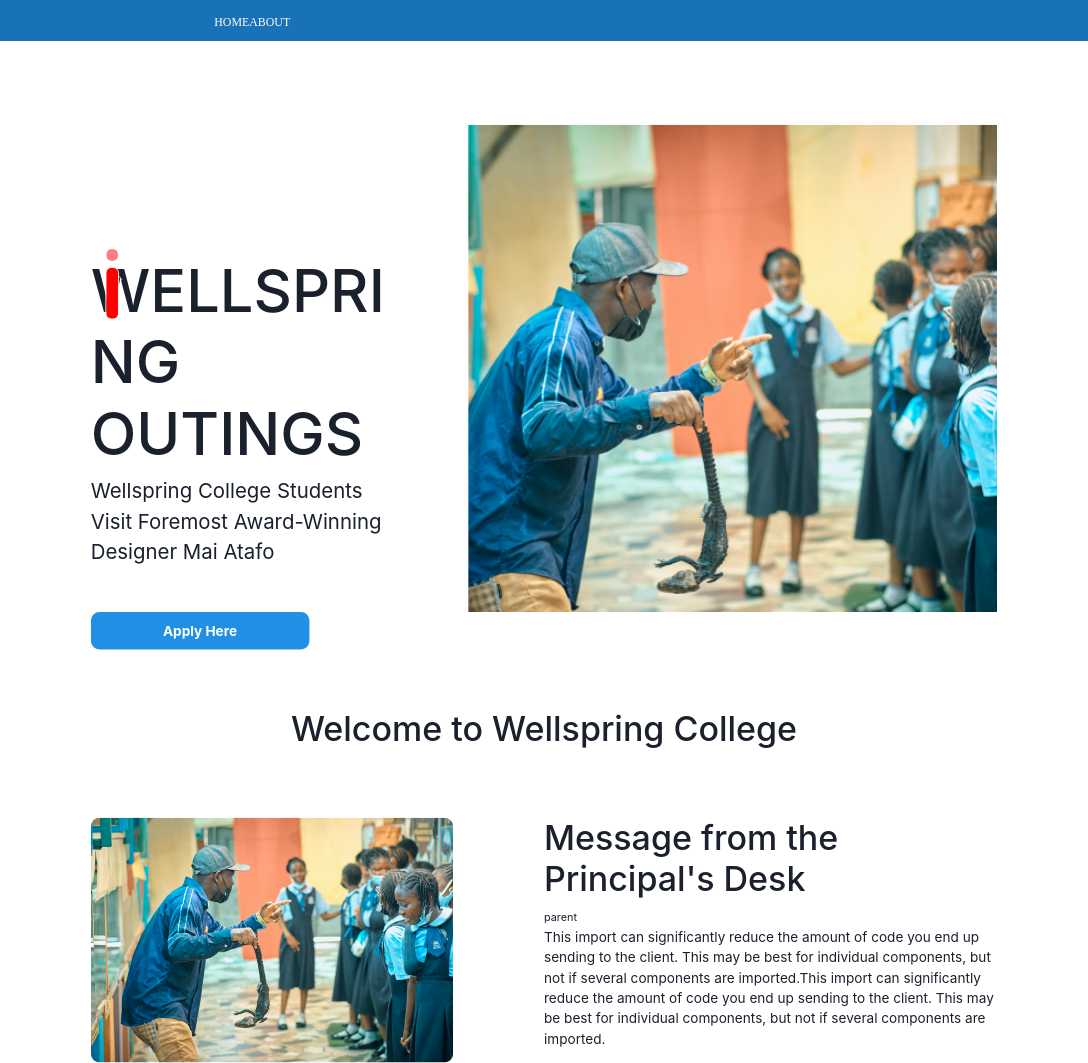
Repository: gr8skills/wellspring-school-forked
Page: /
An editor plug-in stored every save of this project. The page is shown before and after the next save, followed by the edit.
The browser window is 1280 px wide. The pictures show the whole page, at 85% of full size.
The project was rebuilt for these pictures with package versions that can differ from the ones it lists, and the page was loaded fresh each time. Also part of the build but not shown: src/components/Navbar/Dropdown.scss, src/components/Navbar/Dropdown.js, src/components/Calendar/Calendar.js, src/components/News/News.js.

Above is the page before, as saved 2022-12-02 00:24:21.

After the next save:
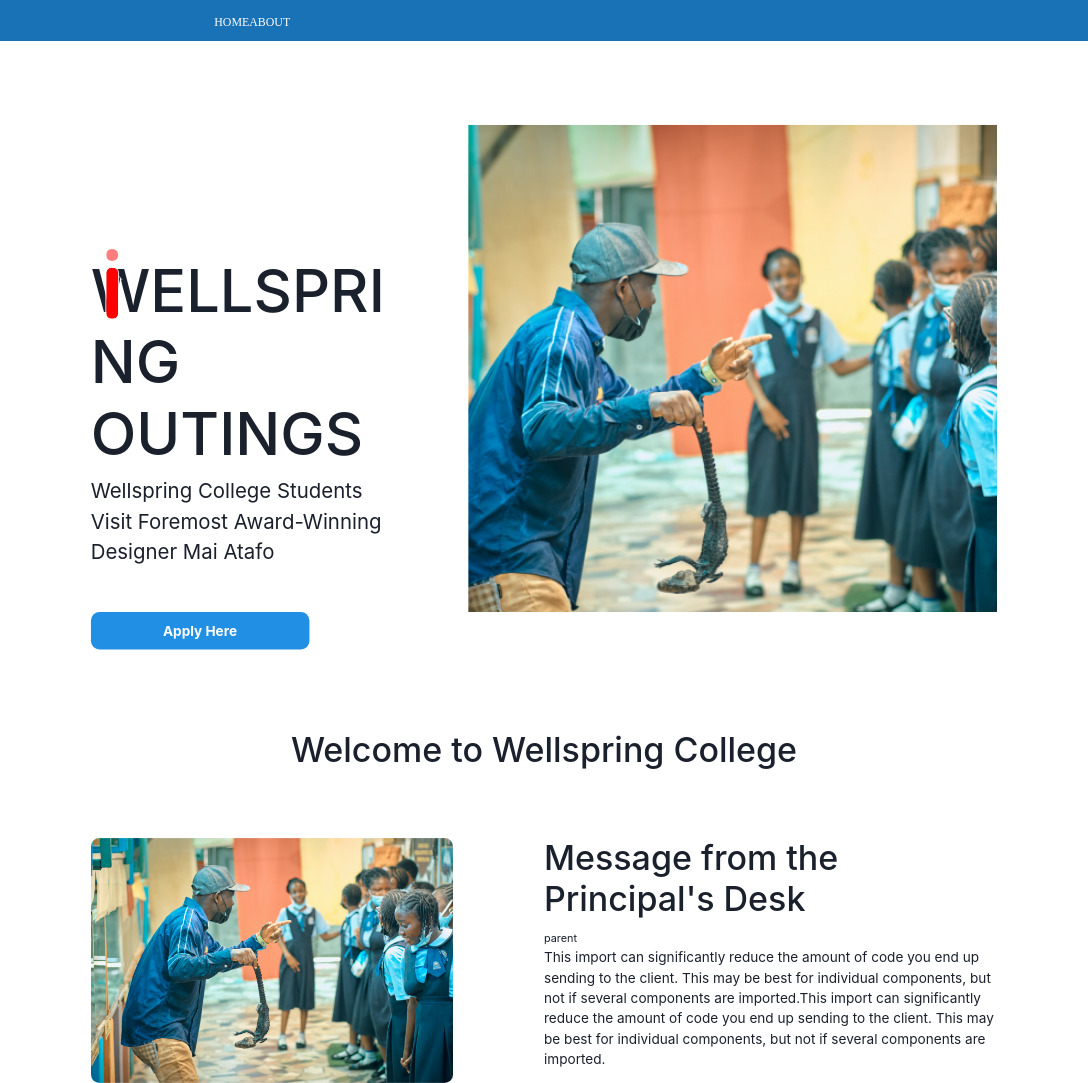
Saved 5 s later.
--- a/src/components/AppTab/AppTab.js
+++ b/src/components/AppTab/AppTab.js
@@ -5,7 +5,7 @@
     <>
       <div className="row">
         <div className="col-md-12 flexy">
-            <div></div>
+            <div>&nbsp;</div>
         </div>
       </div>
     </>
